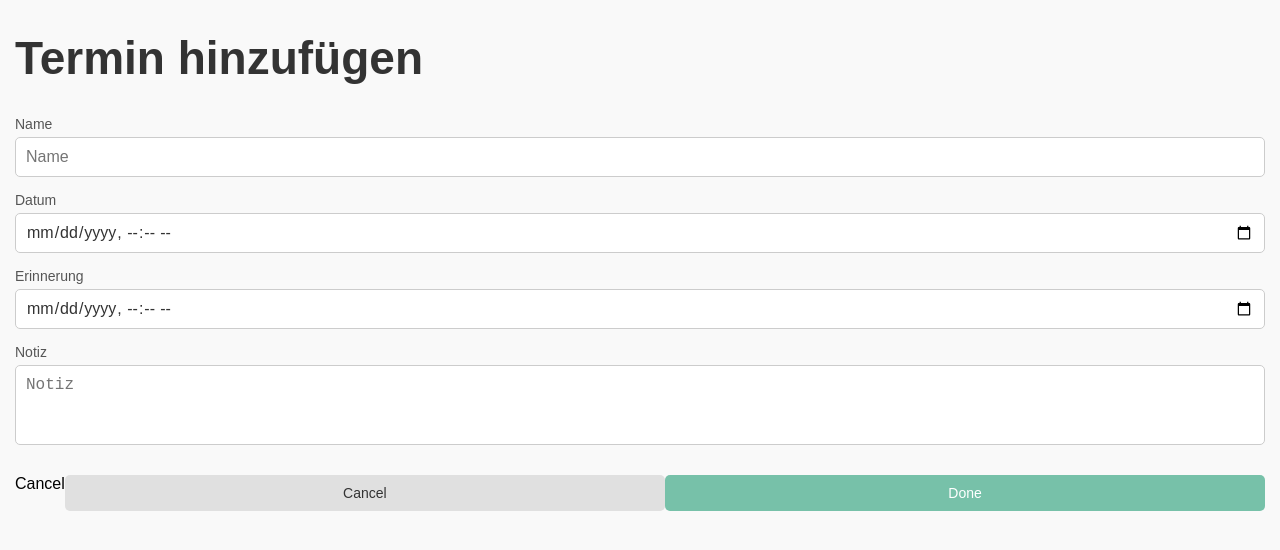
Repository: jakemoes/Pet-Tracker
Page: PWA/addAppointment.html
The author's editor kept a copy of each file at every save. The page is drawn from the files as they stood at one save, then again after the next save.
The browser window is 1280 px wide. The pictures show the whole page.

Above is the page before, as saved 2024-12-06 20:04:53.

### PWA/addAppointment.html
<!DOCTYPE html>
<html lang="de">
<head>
    <meta charset="UTF-8">
    <meta name="viewport" content="width=device-width, initial-scale=1.0">
    <link rel="stylesheet" href="addAppointment.css">
    <title>Termin hinzufügen</title>
</head>
<body>
    <div class="form-container">
        <h1>Termin hinzufügen</h1>
        <form>
            <label for="name">Name</label>
            <input type="text" id="name" name="name" placeholder="Name">

            <label for="datum">Datum</label>
            <input type="datetime-local" id="datum" name="datetime">

            <label for="erinnerung">Erinnerung</label>
            <input type="datetime-local" id="erinnerung" name="erinnerung">

            <label for="notiz">Notiz</label>
            <textarea id="notiz" name="notiz" placeholder="Notiz"></textarea>

            <div class="button-container">
                <form type="button" href="appointment.html" class="cancel-btn">Cancel</form>
                    <button type="button" onclick=""appointment.html" class="cancel-btn">Cancel</button>
                </a>
                <button type="submit" class="done-btn">Done</button>
            </div>
        </form>
    </div>
</body>
</html>

### PWA/addAppointment.css
body {
    font-family: Arial, sans-serif;
    margin: 0;
    padding: 0;
    background-color: #f9f9f9;
    width: 100%;
    overflow: hidden;
}

.container {
    max-width: 100%;
    max-height: 100%;
    margin-top: 15px;
    margin-right: 15px;
    margin-left: 15px;
}

header {
    display: flex;
    justify-content: space-between;
    align-items: center;
}

h1 {

    position: relative;
    font-size: 46px;
    text-align: left;
    margin-left: 15px;
    color: #333;

}

form {
    display: flex;
    flex-direction: column;
    width: 100%; /* Form nimmt die volle Breite der Webseite ein */
    padding: 0 15px; /* 15px Abstand an beiden Seiten */
    box-sizing: border-box; /* Padding wird in der Breitenberechnung berücksichtigt */
    max-width: 100%; /* Verhindert, dass das Formular breiter als der Bildschirm wird */
}

label {
    margin-bottom: 5px;
    color: #555;
    font-size: 14px;
}

input, textarea {
    margin-bottom: 15px; /* Abstand zwischen den Eingabefeldern */
    padding: 10px;
    border: 1px solid #ccc;
    border-radius: 5px;
    font-size: 16px;
    width: 100%; /* Eingabefelder und Textarea nehmen die volle Breite des Formulars ein */
    box-sizing: border-box; /* Padding und Border werden in der Breitenberechnung berücksichtigt */
}

textarea {
    resize: none;
    height: 80px;
}

input[type="datetime-local"] {
    font-family: Arial, sans-serif; /* Einheitliche Schriftart */
    font-size: 16px; /* Schriftgröße */
    color: #333; /* Textfarbe */
    background-color: #FFF; /* Hintergrundfarbe */
    border: 1px solid #ccc; /* Rahmen */
    border-radius: 5px; /* Abgerundete Ecken */
    padding: 10px; /* Innenabstand */
    box-sizing: border-box; /* Verhindert Überschreiten der Breite */
    width: 100%; /* Volle Breite */
    max-width: 100%; /* Maximalbreite verhindern */
    height: 40px;
    appearance: none; /* Entfernt die native Darstellung */
    text-align: left;
}

/* Anpassung für iOS Safari */
input[type="date"]::-webkit-calendar-picker-indicator {
    background: transparent; /* Hintergrund des Kalendersymbols */
    color: #333; /* Farbe des Symbols (falls sichtbar) */
    cursor: pointer; /* Cursor-Stil */
}

.button-container {
    display: flex;
    justify-content: space-between;
    width: 100%; /* Container für Buttons nimmt die volle Breite des Formulars ein */
    margin-top: 15px;
}

.cancel-btn, .done-btn {
    border: none;
    border-radius: 5px;
    padding: 10px 15px;
    font-size: 14px;
    cursor: pointer;
    width: 48%; /* Buttons nehmen jeweils 48% der Breite des Containers ein */
}

.cancel-btn {
    background-color: #e0e0e0;
    color: #333;
}

.done-btn {
    background-color: #77c1a9;
    color: #fff;
}

.cancel-btn:hover {
    background-color: #d6d6d6;
}

.done-btn:hover {
    background-color: #66b398;
}

After the next save:
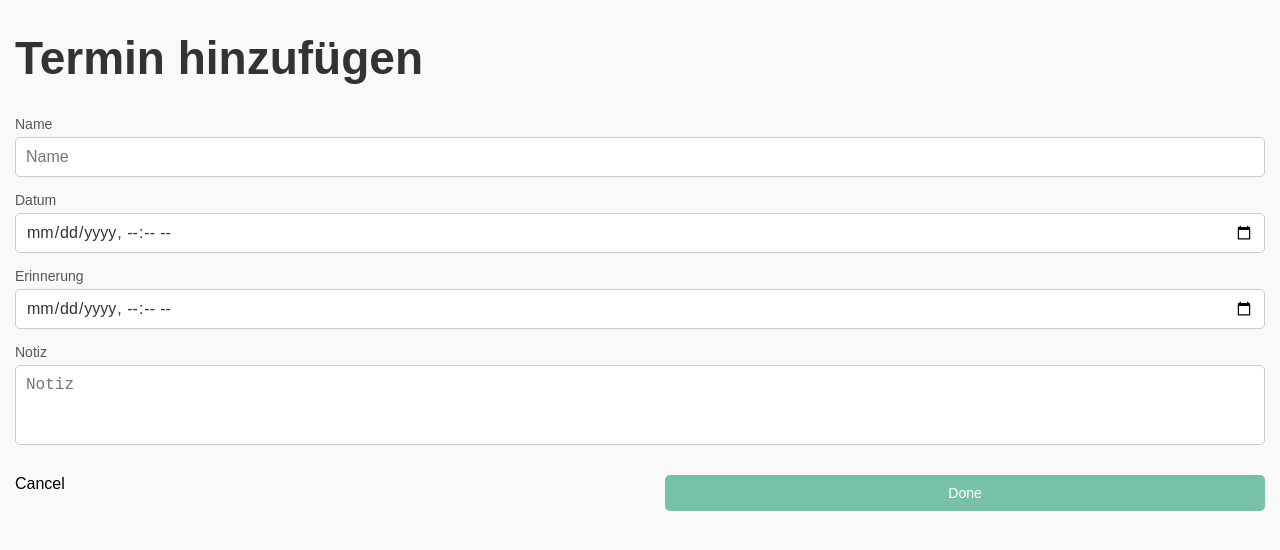
Saved 5 s later.
--- a/PWA/addAppointment.html
+++ b/PWA/addAppointment.html
@@ -24,8 +24,6 @@
 
             <div class="button-container">
                 <form type="button" href="appointment.html" class="cancel-btn">Cancel</form>
-                    <button type="button" onclick=""appointment.html" class="cancel-btn">Cancel</button>
-                </a>
                 <button type="submit" class="done-btn">Done</button>
             </div>
         </form>
